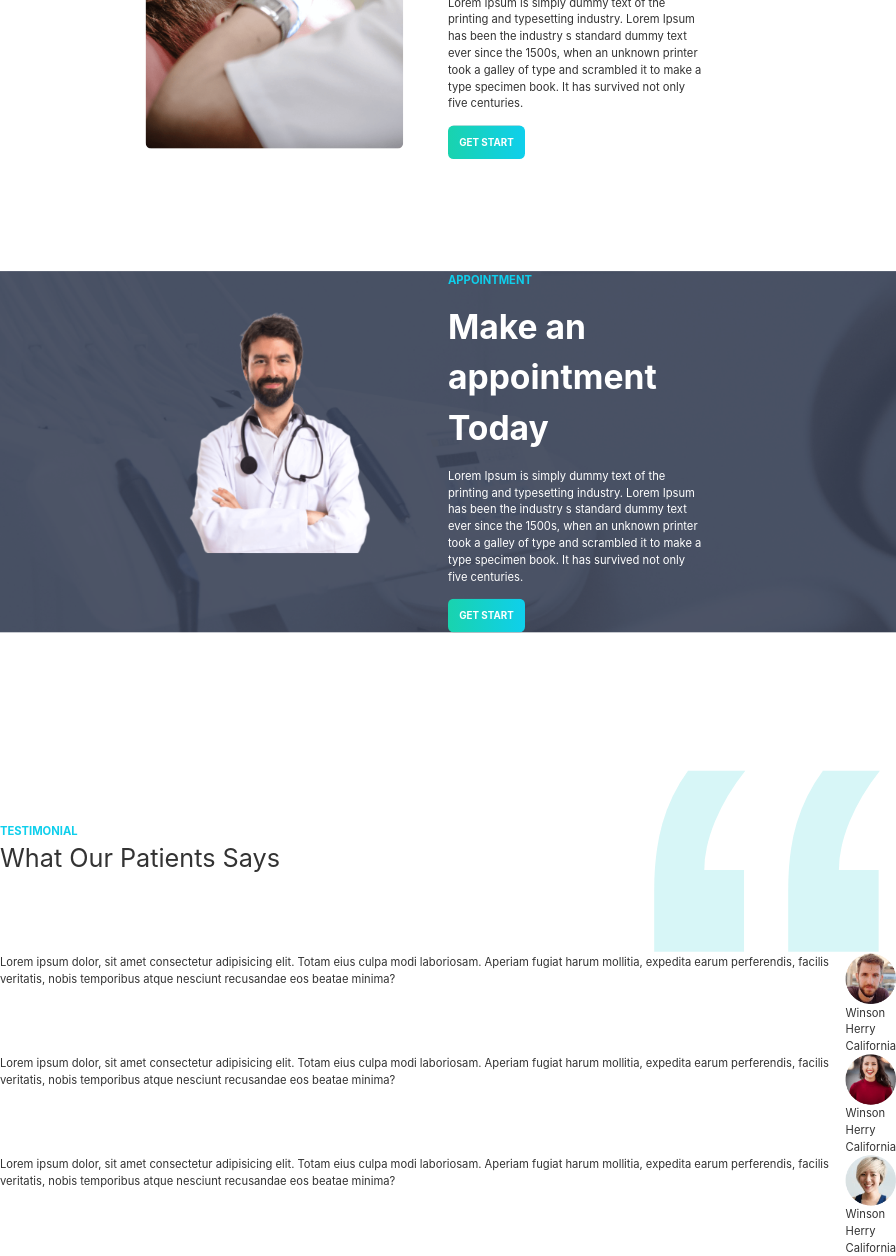
Repository: shikubro90/doctorsportal
Page: /
These files come from the project's save history. The page is drawn as it stood at one moment and after the next save; the edit follows.
The browser window is 1280 px wide. The pictures show the part of the page from y = 2056 to 3976 px (the page is 3850 px tall before and 3976 px after), at 70% of full size.
The project was rebuilt for these pictures with package versions that can differ from the ones it lists, and the page was loaded fresh each time. Also part of the build but not shown: src/App.css, src/Pages/About/About.jsx.

Above is the page before, as saved 2022-10-02 09:21:35.

After the next save:
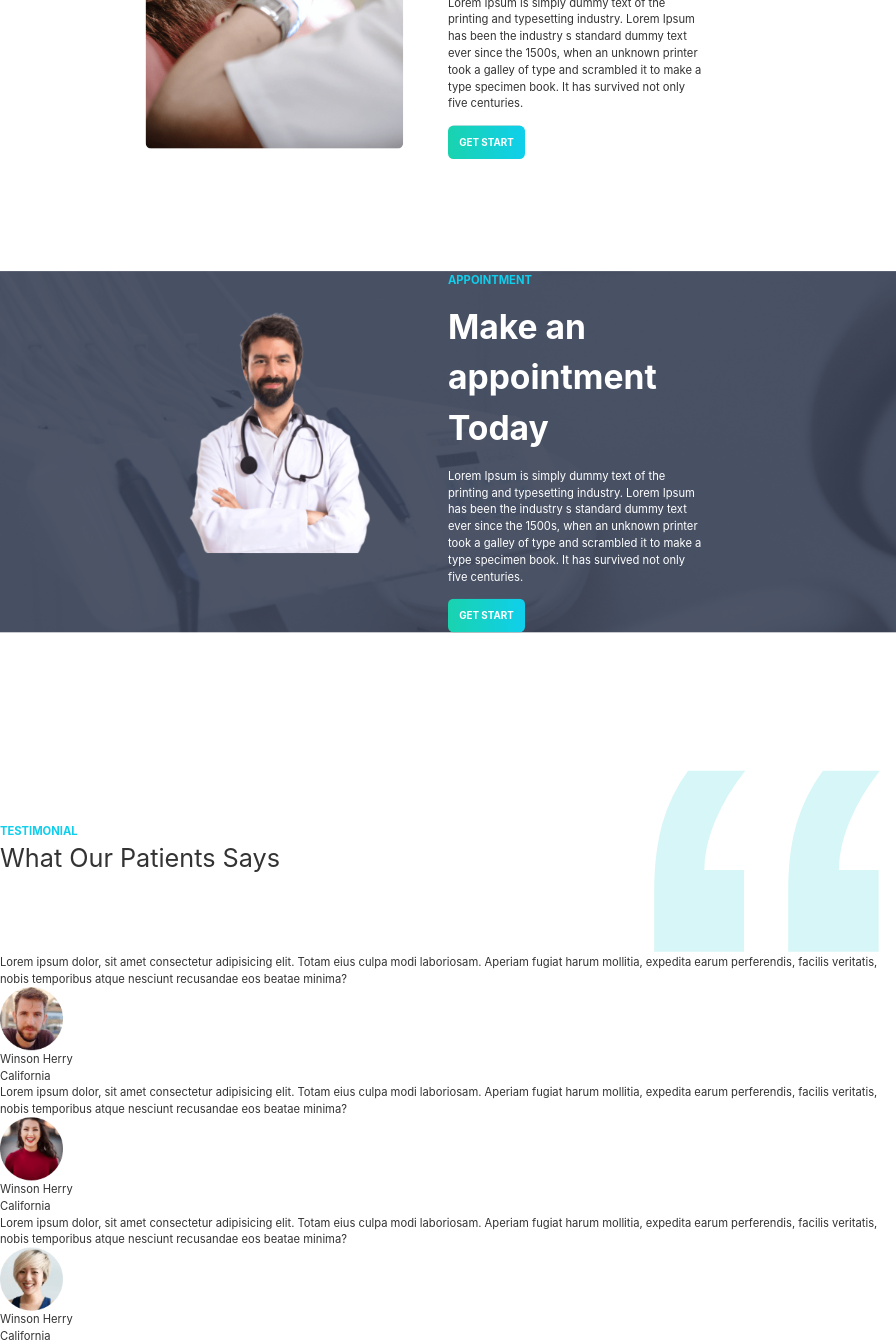
Saved 16 s later.
--- a/src/Pages/Home/TestimonialCard.jsx
+++ b/src/Pages/Home/TestimonialCard.jsx
@@ -4,7 +4,7 @@ const TestimonialCard = (props) => {
     const {desc,image, name, country} = props
   return (
     <div className='mainCard'>
-        <div className="CardBody flex">
+        <div className="CardBody flex flex-col">
             <div className="desc">
                 <p>{desc}</p>
             </div>
